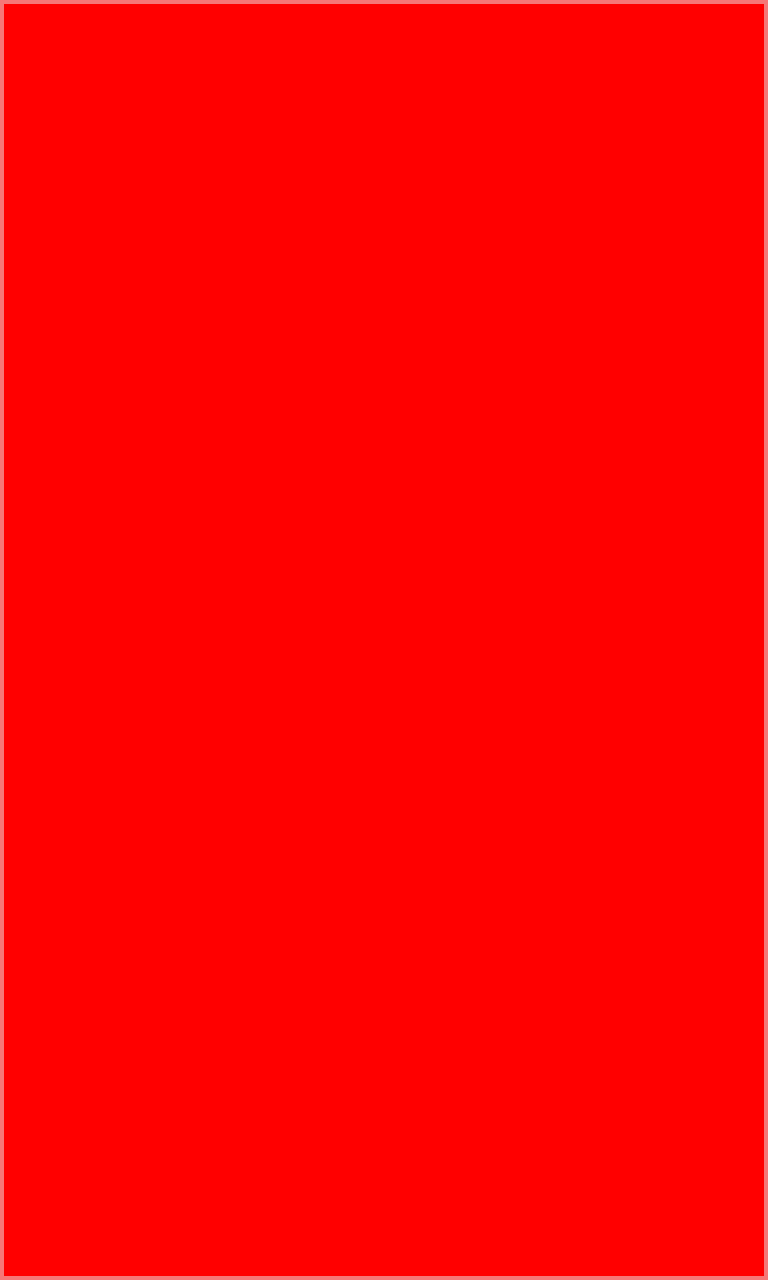
Repository: jellydiamonds/Proto
Layout: Android/CameraSafePreview/res/layout/selection.xml
The author's editor kept a copy of each file at every save. The layout is drawn from the files as they stood at one save, then again after the next save.
It is drawn on a 768 x 1280 px phone screen (xhdpi) without system bars, with theme android:Theme.Black.NoTitleBar.Fullscreen; the app's code is not run.

Above is the layout before, as saved 2014-04-03 14:54:43.

### Android/CameraSafePreview/res/layout/selection.xml
<?xml version="1.0" encoding="utf-8"?>
<LinearLayout xmlns:android="http://schemas.android.com/apk/res/android"
    		android:orientation="vertical"
    		android:layout_height="wrap_content"
    		android:layout_width="wrap_content"
    		android:background="#ffffff">

    		<LinearLayout
    		    android:layout_width="match_parent"
    		    android:layout_height="0dp"
    		    android:layout_weight="0.5"
    		    android:orientation="horizontal"
    		    android:background="#ff0000">

    		    <LinearLayout
    		        android:layout_height="match_parent"
    		        android:layout_width="0dp"
    		        android:layout_weight="0.5"
    		        android:orientation="vertical"
    		        >

    		            <Button
							android:id="@+id/button_selection"
							android:layout_width="match_parent"
							android:layout_height="match_parent"
							android:background="@drawable/picture_rect_selection"
			    			android:alpha="0.5"
				 		/>

    		    </LinearLayout>

    		</LinearLayout>

</LinearLayout>

### Android/CameraSafePreview/res/drawable/picture_rect_selection.xml
<?xml version="1.0" encoding="utf-8"?>
<selector xmlns:android="http://schemas.android.com/apk/res/android">
    <item android:state_pressed="true" >
		<shape xmlns:android="http://schemas.android.com/apk/res/android" android:shape="rectangle" >
			<!-- <solid android:color="#dd2222"/>-->
    		<stroke android:width="3dp" android:color="#dd1111" />
		</shape>
    </item>
    <item>
		<shape xmlns:android="http://schemas.android.com/apk/res/android" android:shape="rectangle">
		    	<stroke android:width="2dp" android:color="#eeeeee" />
		</shape>
    </item>
</selector>

After the next save:
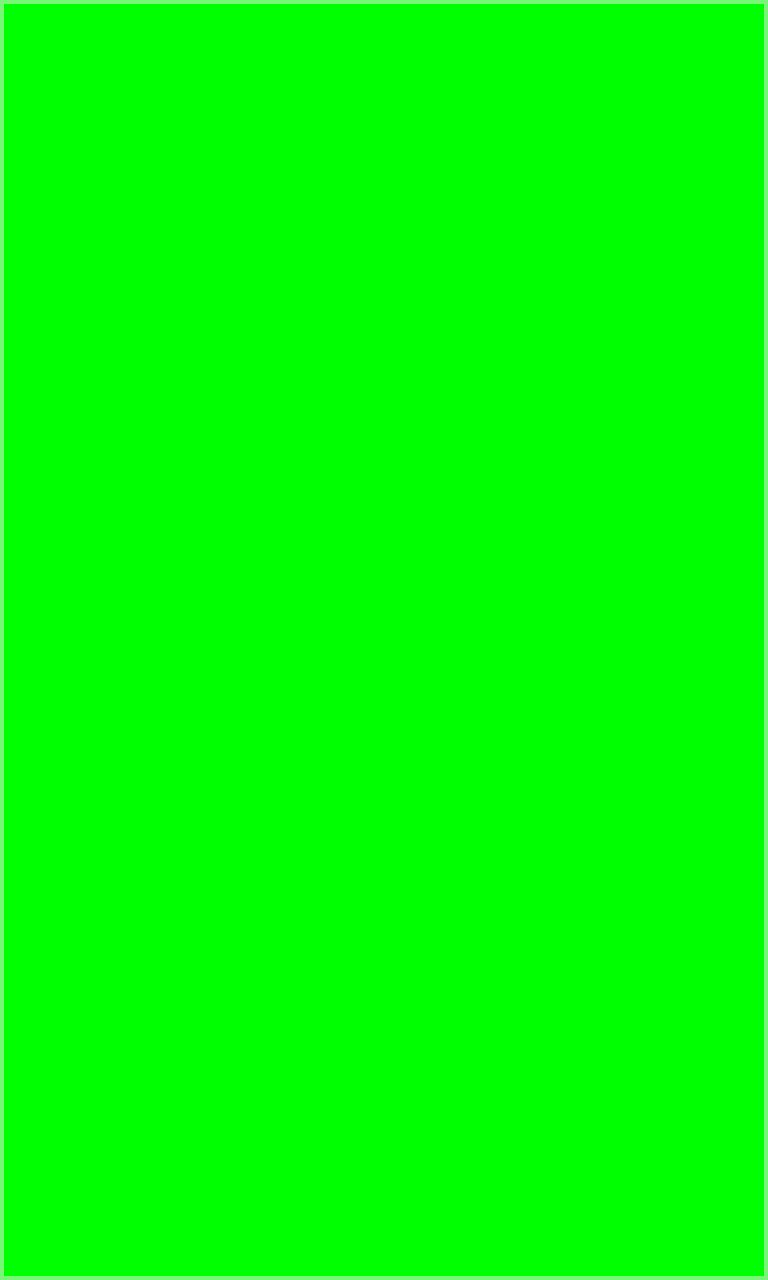
Saved 21 s later.
--- a/Android/CameraSafePreview/res/layout/selection.xml
+++ b/Android/CameraSafePreview/res/layout/selection.xml
@@ -17,7 +17,7 @@
     		        android:layout_width="0dp"
     		        android:layout_weight="0.5"
     		        android:orientation="vertical"
-    		        >
+    		        android:background="#00ff00">
 
     		            <Button
 							android:id="@+id/button_selection"
